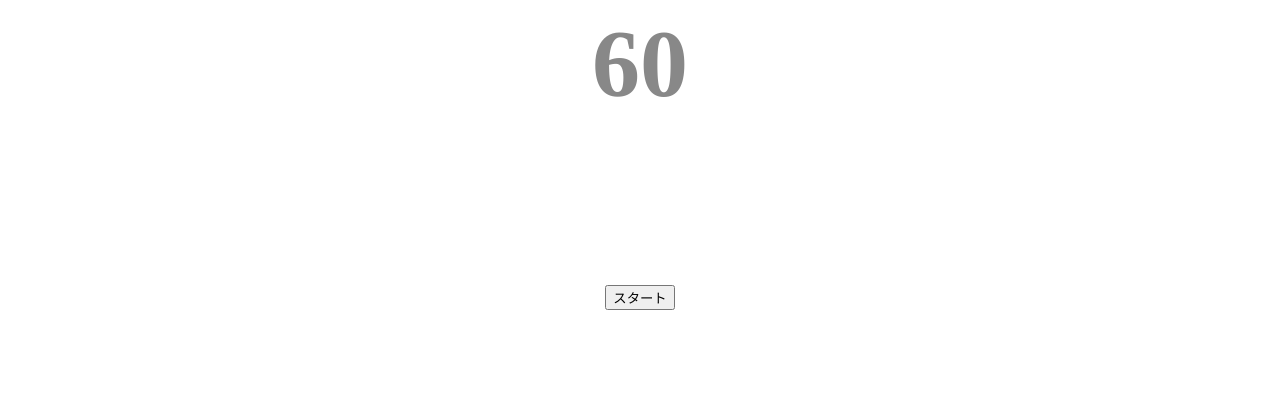
Repository: Keigo-Watanabe/slide_show
Page: javascript/index.html
The author's editor kept a record of every edit. The page is drawn from the files as they stood at one moment, then again after the next edit.
The browser window is 1280 px wide. The pictures show the whole page.

Above is the page before.

After the next edit:
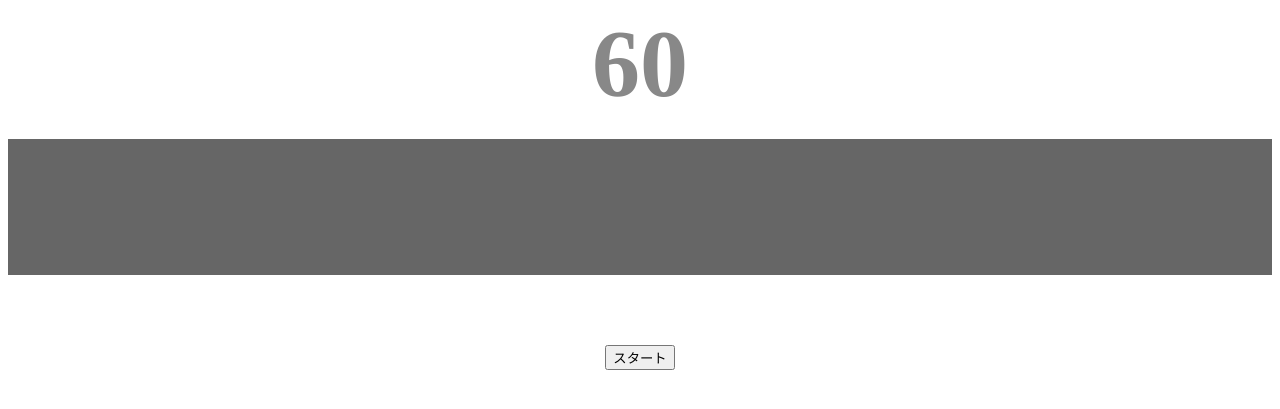
The edit:
--- a/javascript/style.css
+++ b/javascript/style.css
@@ -8,3 +8,20 @@ body {
     font-weight: bold;
     color: #888;
 }
+
+#wrap {
+    margin-top: 20px;
+    padding: 20px 10px;
+    background-color: #666;
+    font-weight: bold;
+    color: #fff;
+ }
+
+ span {
+     transition: all 300ms 0s ease;
+ }
+
+ .add-color {
+     font-size: 0.5em;
+     color: #666;
+ }
